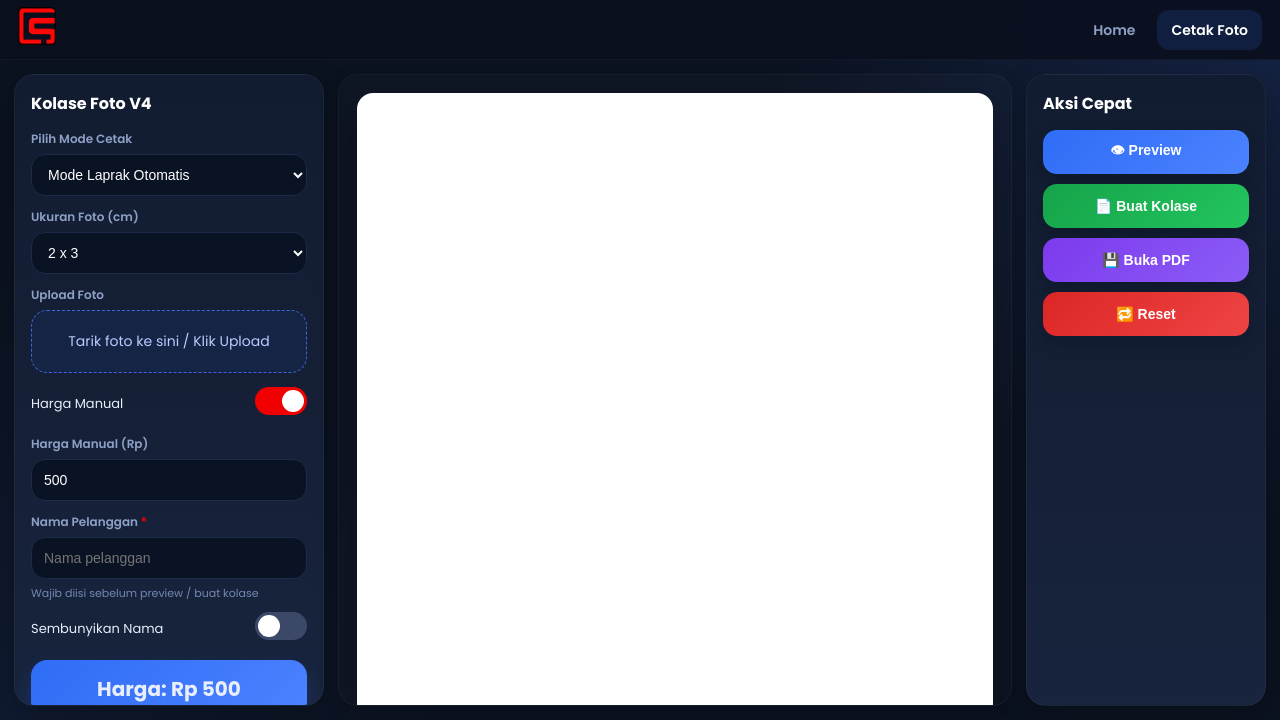
Repository: procinema22/hiisedulurfc
Page: cetakfoto.html
An editor plug-in stored every save of this project. The page is shown before and after the next save, followed by the edit.
The browser window is 1280 px wide. The pictures show the whole page.
An inner scrolling area shows only its first screen.

Above is the page before, as saved 2026-04-30 18:05:33.

After the next save:
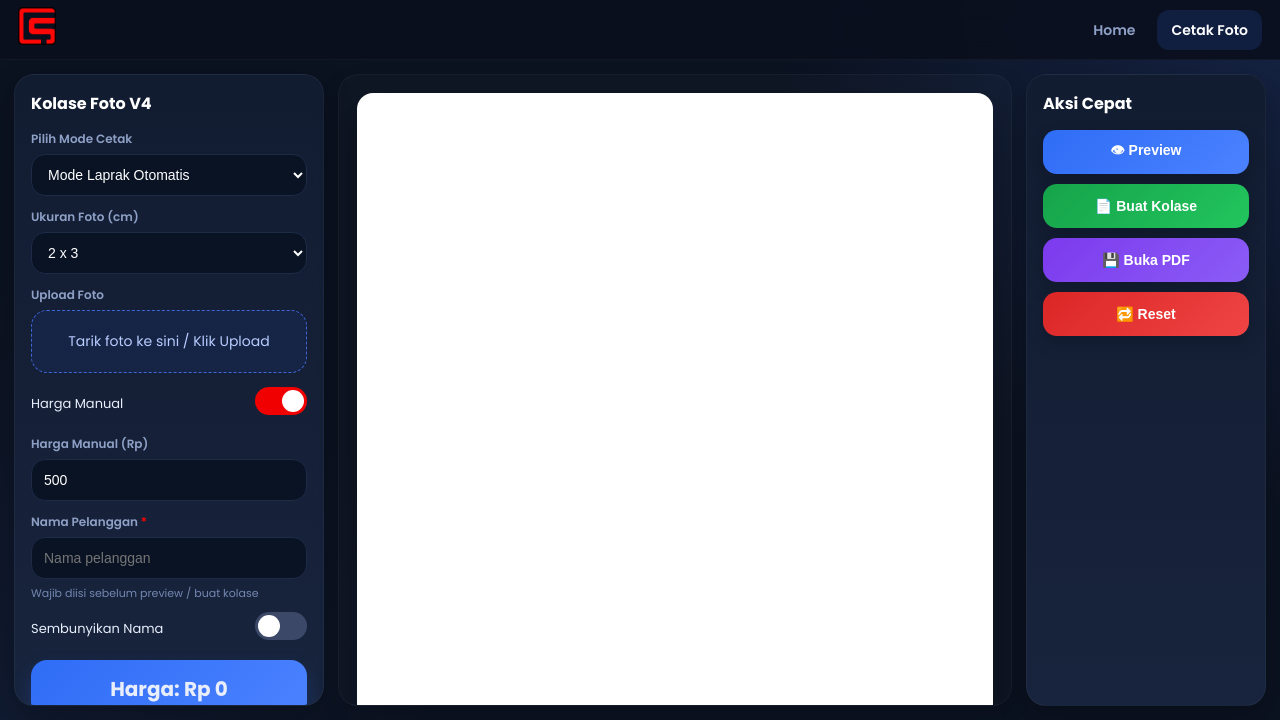
Saved 75 s later.
--- a/js/main.js
+++ b/js/main.js
@@ -1,110 +1,7 @@
 /* =====================================
    FILE: js/main.js
-   APP ENTRY POINT
+   FIX DEFAULT AUTO PRICE MODE
 ===================================== */
-
-console.log("MAIN APP LOADED");
-
-import "./state.js";
-import "./helpers.js";
-import "./batch.js";
-import "./layout.js";
-import "./render.js";
-import "./upload.js";
-import "./pdf.js";
-import "./events.js";
-
-import {
-  pageNav,
-  circleControls,
-  modeSelect,
-  customSize,
-  sizeSelect,
-  manualHargaCheckbox,
-  manualHargaBox
-} from "./state.js";
-
-import {
-  clearCanvas
-} from "./helpers.js";
-
-import {
-  refreshBatchList,
-  updatePricePreview
-} from "./batch.js";
-
-/* ===============================
-   TOGGLE MARGIN
-================================= */
-window.toggleMargin = function () {
-  const box = document.getElementById("marginSection");
-
-  if (box) {
-    box.classList.toggle("show");
-  }
-};
-
-/* ===============================
-   HIDE NAME SWITCH SYSTEM
-================================= */
-function setupHideNameSwitch() {
-  const hideInfo = document.getElementById("hideInfo");
-  const userName = document.getElementById("userName");
-
-  if (!hideInfo || !userName) return;
-
-  function applyState() {
-    if (hideInfo.checked) {
-      userName.value = "";
-      userName.disabled = true;
-      userName.removeAttribute("required");
-      userName.placeholder = "Nama disembunyikan";
-      userName.style.opacity = "0.6";
-      userName.style.cursor = "not-allowed";
-    } else {
-      userName.disabled = false;
-      userName.setAttribute("required", "required");
-      userName.placeholder = "Nama pelanggan";
-      userName.style.opacity = "1";
-      userName.style.cursor = "text";
-    }
-  }
-
-  hideInfo.addEventListener("change", applyState);
-
-  applyState();
-}
-
-/* ===============================
-   GLOBAL VALIDATION
-================================= */
-window.validateCustomerName = function () {
-  const hideInfo = document.getElementById("hideInfo");
-  const userName = document.getElementById("userName");
-
-  if (!hideInfo || !userName) return true;
-
-  if (hideInfo.checked) return true;
-
-  if (userName.value.trim() === "") {
-    const popup = document.getElementById("popupNotif");
-    const popupText = document.getElementById("popupText");
-
-    if (popup && popupText) {
-      popupText.textContent = "Nama pelanggan wajib diisi";
-      popup.classList.add("show");
-
-      setTimeout(() => {
-        popup.classList.remove("show");
-      }, 2200);
-    }
-
-    userName.focus();
-    return false;
-  }
-
-  return true;
-};
 
 /* ===============================
    INIT APP
@@ -113,6 +10,17 @@
   clearCanvas();
 
   refreshBatchList();
+
+  /* ==========================
+     DEFAULT HARGA OTOMATIS
+  ========================== */
+  if (manualHargaCheckbox) {
+    manualHargaCheckbox.checked = false;
+  }
+
+  if (manualHargaBox) {
+    manualHargaBox.style.display = "none";
+  }
 
   updatePricePreview();
 
@@ -134,20 +42,7 @@
         : "none";
   }
 
-  if (manualHargaCheckbox) {
-    manualHargaCheckbox.checked = true;
-  }
-
-  if (manualHargaBox) {
-    manualHargaBox.style.display = "block";
-  }
-
   setupHideNameSwitch();
 
   console.log("APP READY");
 }
-
-window.addEventListener(
-  "DOMContentLoaded",
-  initApp
-);

After the save that followed:
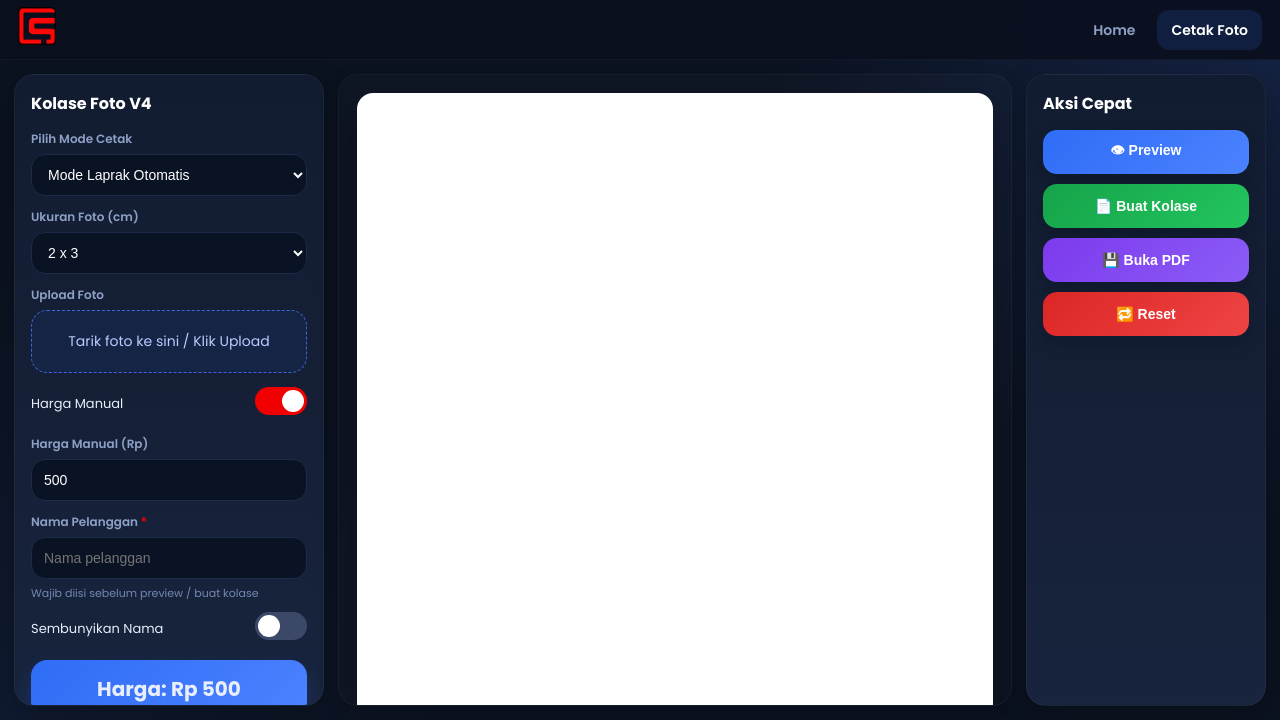
Saved 12 s later.
--- a/js/main.js
+++ b/js/main.js
@@ -1,7 +1,110 @@
 /* =====================================
    FILE: js/main.js
-   FIX DEFAULT AUTO PRICE MODE
+   APP ENTRY POINT
 ===================================== */
+
+console.log("MAIN APP LOADED");
+
+import "./state.js";
+import "./helpers.js";
+import "./batch.js";
+import "./layout.js";
+import "./render.js";
+import "./upload.js";
+import "./pdf.js";
+import "./events.js";
+
+import {
+  pageNav,
+  circleControls,
+  modeSelect,
+  customSize,
+  sizeSelect,
+  manualHargaCheckbox,
+  manualHargaBox
+} from "./state.js";
+
+import {
+  clearCanvas
+} from "./helpers.js";
+
+import {
+  refreshBatchList,
+  updatePricePreview
+} from "./batch.js";
+
+/* ===============================
+   TOGGLE MARGIN
+================================= */
+window.toggleMargin = function () {
+  const box = document.getElementById("marginSection");
+
+  if (box) {
+    box.classList.toggle("show");
+  }
+};
+
+/* ===============================
+   HIDE NAME SWITCH SYSTEM
+================================= */
+function setupHideNameSwitch() {
+  const hideInfo = document.getElementById("hideInfo");
+  const userName = document.getElementById("userName");
+
+  if (!hideInfo || !userName) return;
+
+  function applyState() {
+    if (hideInfo.checked) {
+      userName.value = "";
+      userName.disabled = true;
+      userName.removeAttribute("required");
+      userName.placeholder = "Nama disembunyikan";
+      userName.style.opacity = "0.6";
+      userName.style.cursor = "not-allowed";
+    } else {
+      userName.disabled = false;
+      userName.setAttribute("required", "required");
+      userName.placeholder = "Nama pelanggan";
+      userName.style.opacity = "1";
+      userName.style.cursor = "text";
+    }
+  }
+
+  hideInfo.addEventListener("change", applyState);
+
+  applyState();
+}
+
+/* ===============================
+   GLOBAL VALIDATION
+================================= */
+window.validateCustomerName = function () {
+  const hideInfo = document.getElementById("hideInfo");
+  const userName = document.getElementById("userName");
+
+  if (!hideInfo || !userName) return true;
+
+  if (hideInfo.checked) return true;
+
+  if (userName.value.trim() === "") {
+    const popup = document.getElementById("popupNotif");
+    const popupText = document.getElementById("popupText");
+
+    if (popup && popupText) {
+      popupText.textContent = "Nama pelanggan wajib diisi";
+      popup.classList.add("show");
+
+      setTimeout(() => {
+        popup.classList.remove("show");
+      }, 2200);
+    }
+
+    userName.focus();
+    return false;
+  }
+
+  return true;
+};
 
 /* ===============================
    INIT APP
@@ -10,17 +113,6 @@
   clearCanvas();
 
   refreshBatchList();
-
-  /* ==========================
-     DEFAULT HARGA OTOMATIS
-  ========================== */
-  if (manualHargaCheckbox) {
-    manualHargaCheckbox.checked = false;
-  }
-
-  if (manualHargaBox) {
-    manualHargaBox.style.display = "none";
-  }
 
   updatePricePreview();
 
@@ -42,7 +134,20 @@
         : "none";
   }
 
+  if (manualHargaCheckbox) {
+    manualHargaCheckbox.checked = true;
+  }
+
+  if (manualHargaBox) {
+    manualHargaBox.style.display = "block";
+  }
+
   setupHideNameSwitch();
 
   console.log("APP READY");
 }
+
+window.addEventListener(
+  "DOMContentLoaded",
+  initApp
+);
